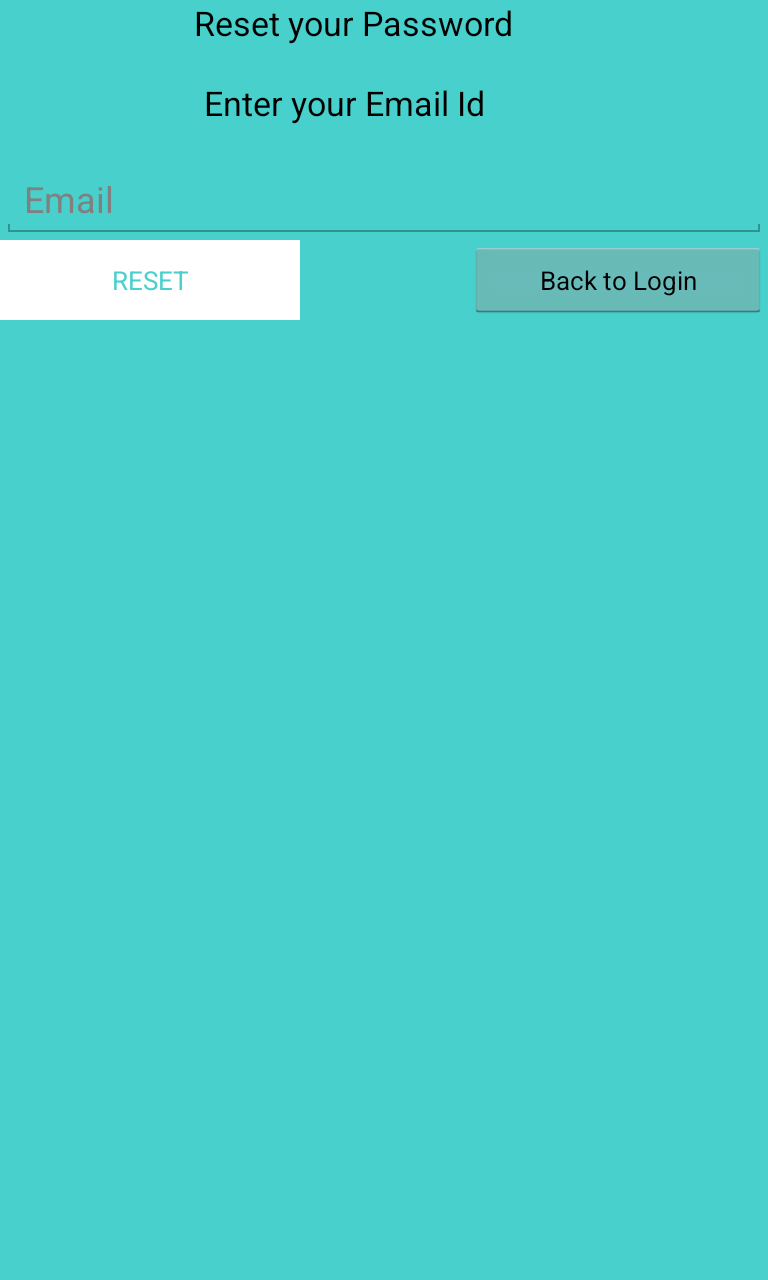
Repository: COMP231-S63G1/COMP231-S63G1
Layout: Wanna/res/layout/passwordreset.xml
An editor plug-in stored every save of this project. The layout is shown before and after the next save, followed by the edit.
It is drawn on a 768 x 1280 px phone screen (xhdpi) without system bars, with theme AppTheme; the app's code is not run.

Above is the layout before, as saved 2014-11-29 20:03:51.

### Wanna/res/layout/passwordreset.xml
<?xml version="1.0" encoding="utf-8"?>

<RelativeLayout xmlns:android="http://schemas.android.com/apk/res/android"
              android:orientation="vertical"
              android:layout_width="match_parent"
              android:layout_height="match_parent"
              android:background="#48D1CC"
              >

    <TextView
            android:layout_width="190dp"
            android:layout_height="40dp"
            android:text="Reset your Password"
            android:id="@+id/textView"
            android:layout_alignParentTop="true"
            android:layout_centerHorizontal="true"
            android:textSize="17dp"
            android:textColor="#000000"/>

    <TextView
            android:layout_width="180dp"
            android:layout_height="40dp"
            android:text="Enter your Email Id"
            android:id="@+id/textView2"
            android:textColor="#000000"
            android:layout_below="@+id/textView"
            android:layout_centerHorizontal="true"
            android:textSize="17dp"/>

    <EditText
            android:layout_width="250dp"
            android:layout_height="40dp"
            android:id="@+id/forpas"
            android:textColor="#000000"
            android:layout_below="@+id/textView2"
            android:hint="Email"
            android:layout_alignParentRight="true"
            android:layout_alignParentLeft="true"/>

    <Button
            android:layout_width="150dp"
            android:layout_height="40dp"
            android:text="RESET"
            android:id="@+id/respass"
            android:layout_below="@+id/forpas"
            android:layout_alignParentLeft="true"
            android:textSize="13dp"
            android:background="#ffffff"
            android:textColor="#48D1CC"
            />

    <TextView
            android:layout_width="wrap_content"
            android:layout_height="56dp"
            android:id="@+id/alert"
            android:layout_below="@+id/respass"
            android:layout_alignParentLeft="true"
            android:layout_alignParentRight="true"
            android:textColor="#000000"/>

    <Button
            android:layout_width="150dp"
            android:layout_height="40dp"
            android:text="Back to Login"
            android:id="@+id/bktolog"
            android:textColor="#000000"
            android:layout_below="@+id/forpas"
            android:layout_alignParentRight="true"
            android:textSize="13dp"/>
</RelativeLayout>

Loaded but not shown: Wanna/res/values/styles.xml (common file); Wanna/res/values-v11/styles.xml (common file); Wanna/res/values-v14/styles.xml (common file)

After the next save:
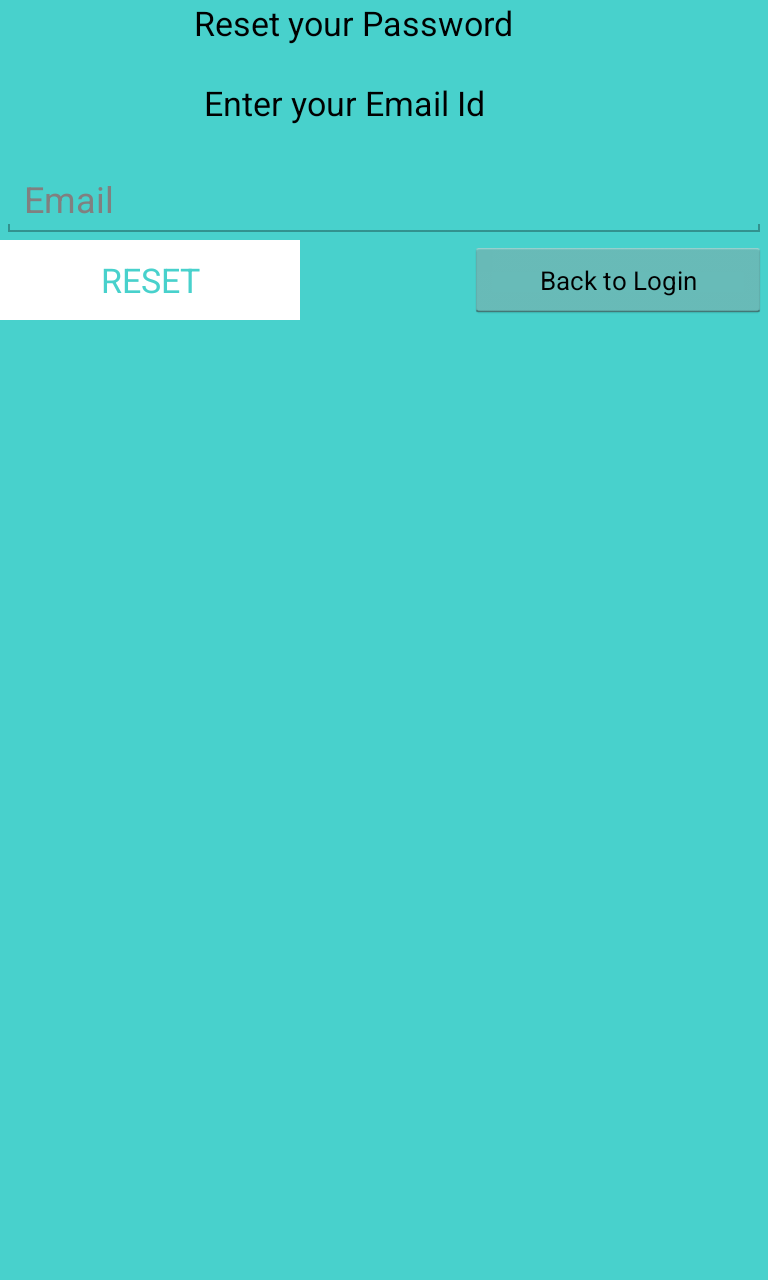
Saved 5 s later.
--- a/Wanna/res/layout/passwordreset.xml
+++ b/Wanna/res/layout/passwordreset.xml
@@ -44,7 +44,7 @@
             android:id="@+id/respass"
             android:layout_below="@+id/forpas"
             android:layout_alignParentLeft="true"
-            android:textSize="13dp"
+            android:textSize="17dp"
             android:background="#ffffff"
             android:textColor="#48D1CC"
             />
